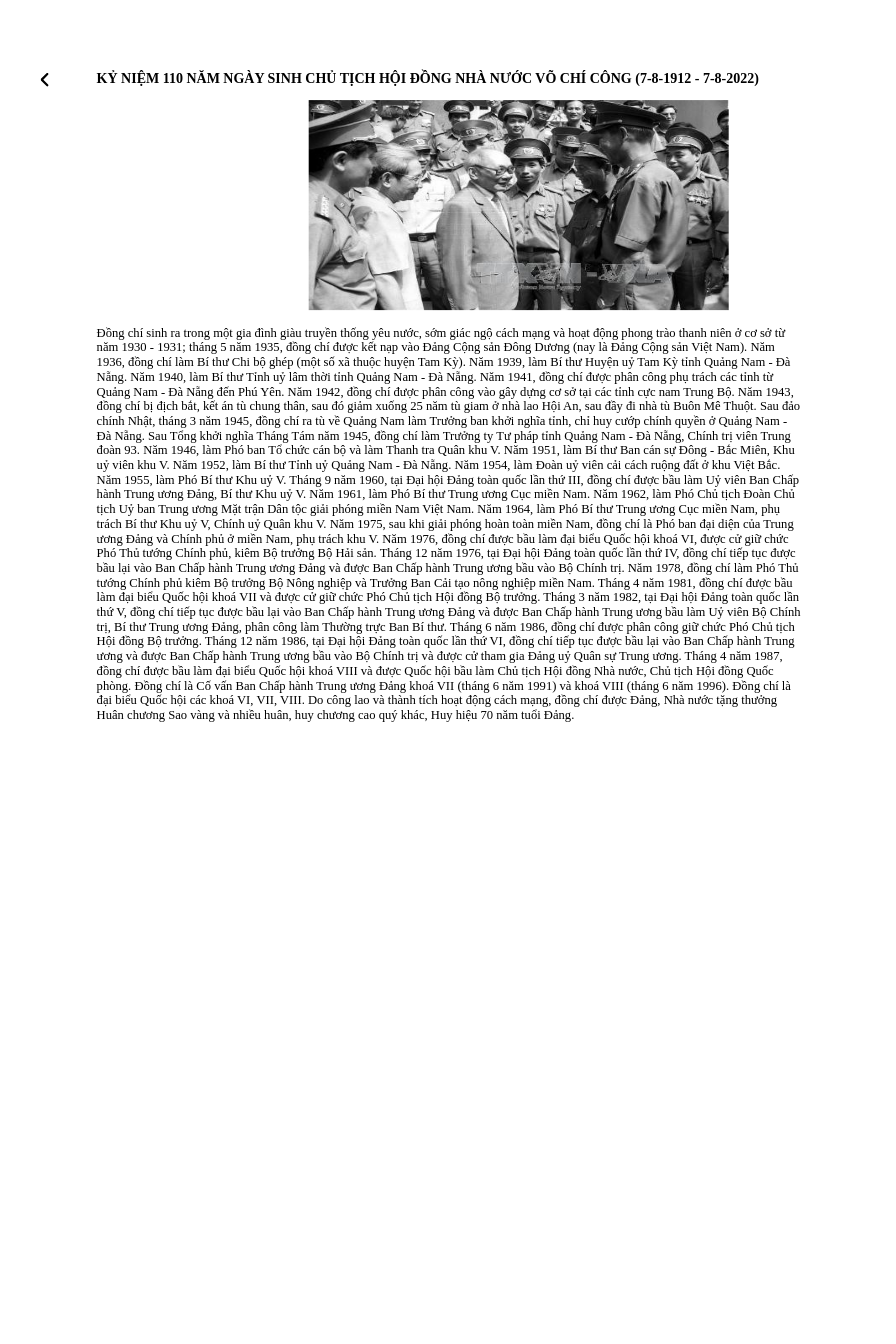
Repository: dphasst17/THPTVCC
Page: new/new_content/new_content3.html
These files come from the project's save history. The page is drawn as it stood at one moment and after the next save; the edit follows.
The browser window is 1280 px wide. The pictures show the part of the page from y = 0 to 1920 px (the page is 3100 px tall), at 70% of full size.

Above is the page before, as saved 2022-10-14 10:46:22.

### new/new_content/new_content3.html
<!DOCTYPE html>
<html lang="en">
<head>
    <meta charset="UTF-8">
    <meta http-equiv="X-UA-Compatible" content="IE=edge">
    <meta name="viewport" content="width=device-width, initial-scale=1.0">
    <style>
        body{
            overflow:visible;
            overflow-y: hidden;
            height:2900px;
        }

        .content{
            width:80%;
            height:3000px;
            margin-top:100px;
            margin-left:130px;
        }
        p{
            font-size:18px;
        }
        h3{
            font-size:20px;
        }
        h1{
            font-size:40px;
        }
        img{
            width:600px;
            height:300px;
            margin-left:30%;
        }
        .back svg{
            width: 1%;
            margin: 1px 50px;
            position: absolute;
        }
    </style>
</head>
<body>
    <div class="back">
        <a href="../new_content/new_content_home.html">
            <svg xmlns="http://www.w3.org/2000/svg" viewBox="0 0 256 512">
                <path d="M192 448c-8.188 0-16.38-3.125-22.62-9.375l-160-160c-12.5-12.5-12.5-32.75 0-45.25l160-160c12.5-12.5 32.75-12.5 45.25 0s12.5 32.75 0 45.25L77.25 256l137.4 137.4c12.5 12.5 12.5 32.75 0 45.25C208.4 444.9 200.2 448 192 448z"/>
            </svg>
        </a>
    </div>
    <div class="content">
        <h3>KỶ NIỆM 110 NĂM NGÀY SINH CHỦ TỊCH HỘI ĐỒNG NHÀ NƯỚC VÕ CHÍ CÔNG (7-8-1912 - 7-8-2022)</h3>
        <img src="../new_img/3.jpg" alt="">
        <p>
            Đồng chí sinh ra trong một gia đình giàu truyền thống yêu nước, sớm giác ngộ cách mạng và hoạt động phong trào thanh niên ở cơ sở từ năm 1930 - 1931; tháng 5 năm 1935, đồng chí được kết nạp vào Đảng Cộng sản Đông Dương (nay là Đảng Cộng sản Việt Nam).

            Năm 1936, đồng chí làm Bí thư Chi bộ ghép (một số xã thuộc huyện Tam Kỳ). Năm 1939, làm Bí thư Huyện uỷ Tam Kỳ tỉnh Quảng Nam - Đà Nẵng. Năm 1940, làm Bí thư Tỉnh uỷ lâm thời tỉnh Quảng Nam - Đà Nẵng. Năm 1941, đồng chí được phân công phụ trách các tỉnh từ Quảng Nam - Đà Nẵng đến Phú Yên. Năm 1942, đồng chí được phân công vào gây dựng cơ sở tại các tỉnh cực nam Trung Bộ.

            Năm 1943, đồng chí bị địch bắt, kết án tù chung thân, sau đó giảm xuống 25 năm tù giam ở nhà lao Hội An, sau đầy đi nhà tù Buôn Mê Thuột.

            Sau đảo chính Nhật, tháng 3 năm 1945, đồng chí ra tù về Quảng Nam làm Trưởng ban khởi nghĩa tỉnh, chỉ huy cướp chính quyền ở Quảng Nam - Đà Nẵng.

            Sau Tổng khởi nghĩa Tháng Tám năm 1945, đồng chí làm Trưởng ty Tư pháp tỉnh Quảng Nam - Đà Nẵng, Chính trị viên Trung đoàn 93.

            Năm 1946, làm Phó ban Tổ chức cán bộ và làm Thanh tra Quân khu V. Năm 1951, làm Bí thư Ban cán sự Đông - Bắc Miên, Khu uỷ viên khu V. Năm 1952, làm Bí thư Tỉnh uỷ Quảng Nam - Đà Nẵng. Năm 1954, làm Đoàn uỷ viên cải cách ruộng đất ở khu Việt Bắc. Năm 1955, làm Phó Bí thư Khu uỷ V.

            Tháng 9 năm 1960, tại Đại hội Đảng toàn quốc lần thứ III, đồng chí được bầu làm Uỷ viên Ban Chấp hành Trung ương Đảng, Bí thư Khu uỷ V.

            Năm 1961, làm Phó Bí thư Trung ương Cục miền Nam. Năm 1962, làm Phó Chủ tịch Đoàn Chủ tịch Uỷ ban Trung ương Mặt trận Dân tộc giải phóng miền Nam Việt Nam. Năm 1964, làm Phó Bí thư Trung ương Cục miền Nam, phụ trách Bí thư Khu uỷ V, Chính uỷ Quân khu V.

            Năm 1975, sau khi giải phóng hoàn toàn miền Nam, đồng chí là Phó ban đại diện của Trung ương Đảng và Chính phủ ở miền Nam, phụ trách khu V. Năm 1976, đồng chí được bầu làm đại biểu Quốc hội khoá VI, được cử giữ chức Phó Thủ tướng Chính phủ, kiêm Bộ trưởng Bộ Hải sản.

            Tháng 12 năm 1976, tại Đại hội Đảng toàn quốc lần thứ IV, đồng chí tiếp tục được bầu lại vào Ban Chấp hành Trung ương Đảng và được Ban Chấp hành Trung ương bầu vào Bộ Chính trị. Năm 1978, đồng chí làm Phó Thủ tướng Chính phủ kiêm Bộ trưởng Bộ Nông nghiệp và Trưởng Ban Cải tạo nông nghiệp miền Nam.

            Tháng 4 năm 1981, đồng chí được bầu làm đại biểu Quốc hội khoá VII và được cử giữ chức Phó Chủ tịch Hội đồng Bộ trưởng.

            Tháng 3 năm 1982, tại Đại hội Đảng toàn quốc lần thứ V, đồng chí tiếp tục được bầu lại vào Ban Chấp hành Trung ương Đảng và được Ban Chấp hành Trung ương bầu làm Uỷ viên Bộ Chính trị, Bí thư Trung ương Đảng, phân công làm Thường trực Ban Bí thư. Tháng 6 năm 1986, đồng chí được phân công giữ chức Phó Chủ tịch Hội đồng Bộ trưởng.

            Tháng 12 năm 1986, tại Đại hội Đảng toàn quốc lần thứ VI, đồng chí tiếp tục được bầu lại vào Ban Chấp hành Trung ương và được Ban Chấp hành Trung ương bầu vào Bộ Chính trị và được cử tham gia Đảng uỷ Quân sự Trung ương.

            Tháng 4 năm 1987, đồng chí được bầu làm đại biểu Quốc hội khoá VIII và được Quốc hội bầu làm Chủ tịch Hội đồng Nhà nước, Chủ tịch Hội đồng Quốc phòng.

            Đồng chí là Cố vấn Ban Chấp hành Trung ương Đảng khoá VII (tháng 6 năm 1991) và khoá VIII (tháng 6 năm 1996). Đồng chí là đại biểu Quốc hội các khoá VI, VII, VIII.

            Do công lao và thành tích hoạt động cách mạng, đồng chí được Đảng, Nhà nước tặng thưởng Huân chương Sao vàng và nhiều huân, huy chương cao quý khác, Huy hiệu 70 năm tuổi Đảng.
        </p>
    </div>
</body>
</html>

After the next save:
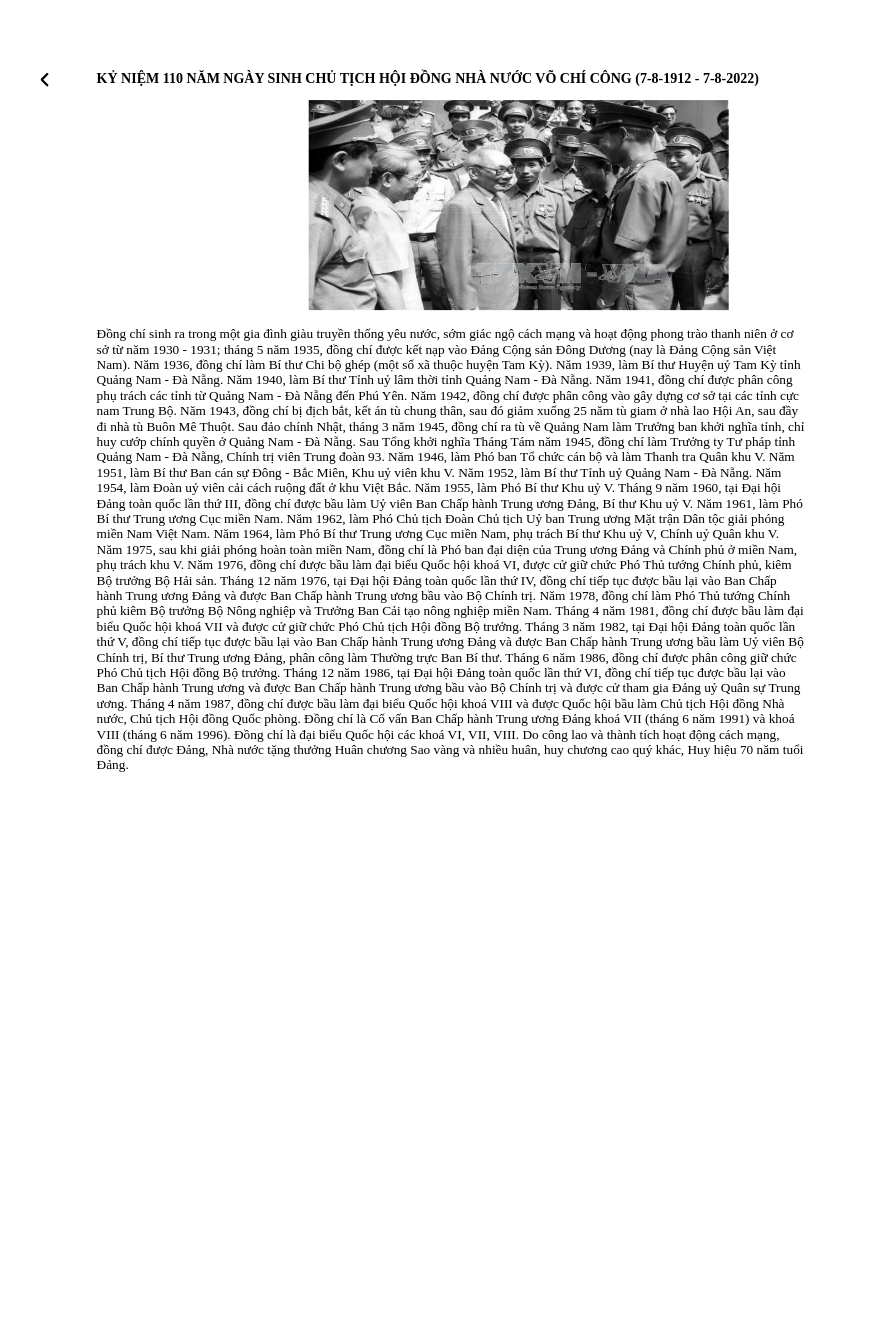
Saved 6 s later.
--- a/new/new_content/new_content3.html
+++ b/new/new_content/new_content3.html
@@ -18,7 +18,7 @@
             margin-left:130px;
         }
         p{
-            font-size:18px;
+            font-size:19px;
         }
         h3{
             font-size:20px;
